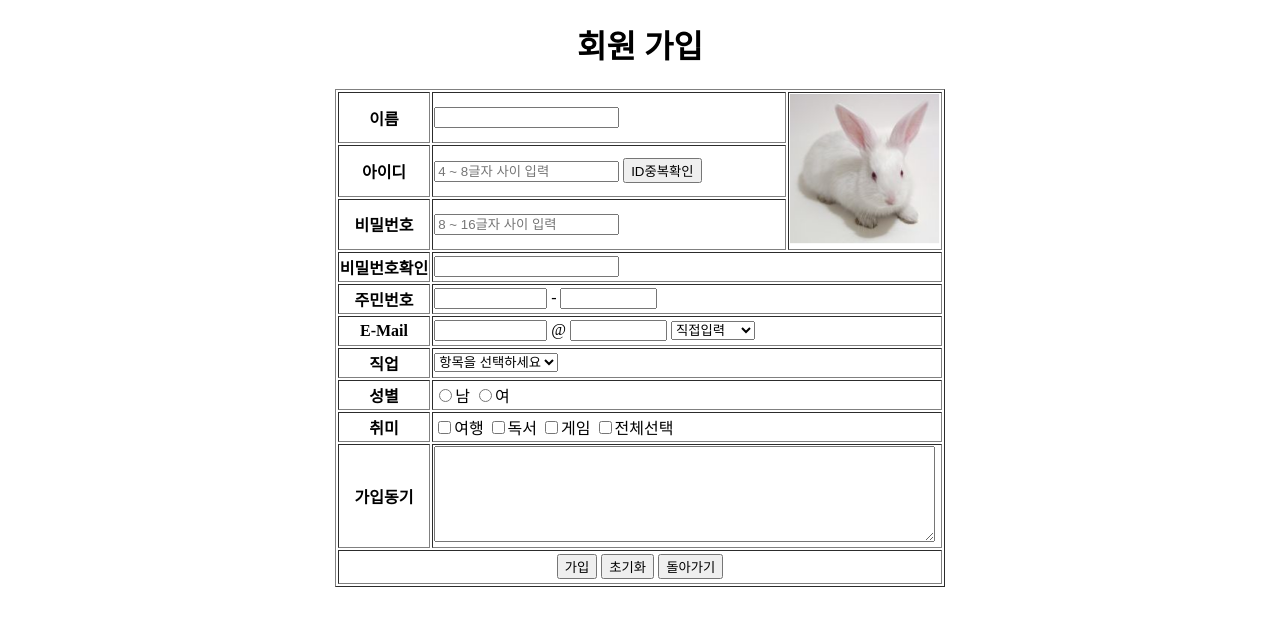
Repository: KimMinseooo/itwillStudy
Page: BACKEND/JSP/workspace_jsp/StudyHTML/src/main/webapp/1025/final_exam.html
An editor plug-in stored every save of this project. The page is shown before and after the next save, followed by the edit.
The browser window is 1280 px wide. The pictures show the whole page.

Above is the page before, as saved 2024-10-25 06:28:46.

After the next save:
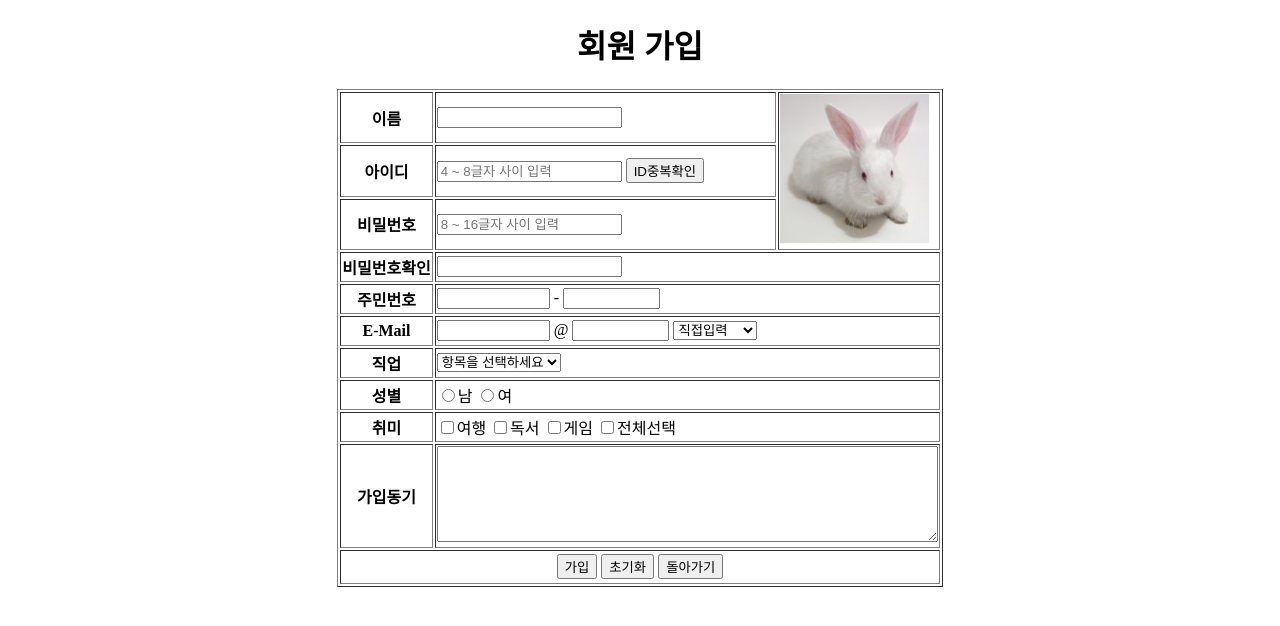
Saved 16 min 50 s later.
--- a/BACKEND/JSP/workspace_jsp/StudyHTML/src/main/webapp/1025/final_exam.html
+++ b/BACKEND/JSP/workspace_jsp/StudyHTML/src/main/webapp/1025/final_exam.html
@@ -12,7 +12,7 @@
 
 			<tr height="20">
 				<td align="center" style="font-weight: bold;">이름</td>
-				<td width="350" height="30">
+				<td width="320" height="30">
 
 				<input type="text">
 				</td>
@@ -49,12 +49,12 @@
 			<td align="center" style="font-weight: bold;">E-Mail</td>
 			<td colspan="2">
 				<input type="text" size="11"> @ <input type="text" size="9">
-				<select>
-					<option >직접입력</option>
-					<option>naver.com</option>
-					<option>gmail.com</option>
-					<option>nate.com</option>
-				</select>
+					<select>
+						<option >직접입력</option>
+						<option>naver.com</option>
+						<option>gmail.com</option>
+						<option>nate.com</option>
+					</select>
 			</td>
 			</tr>
 
